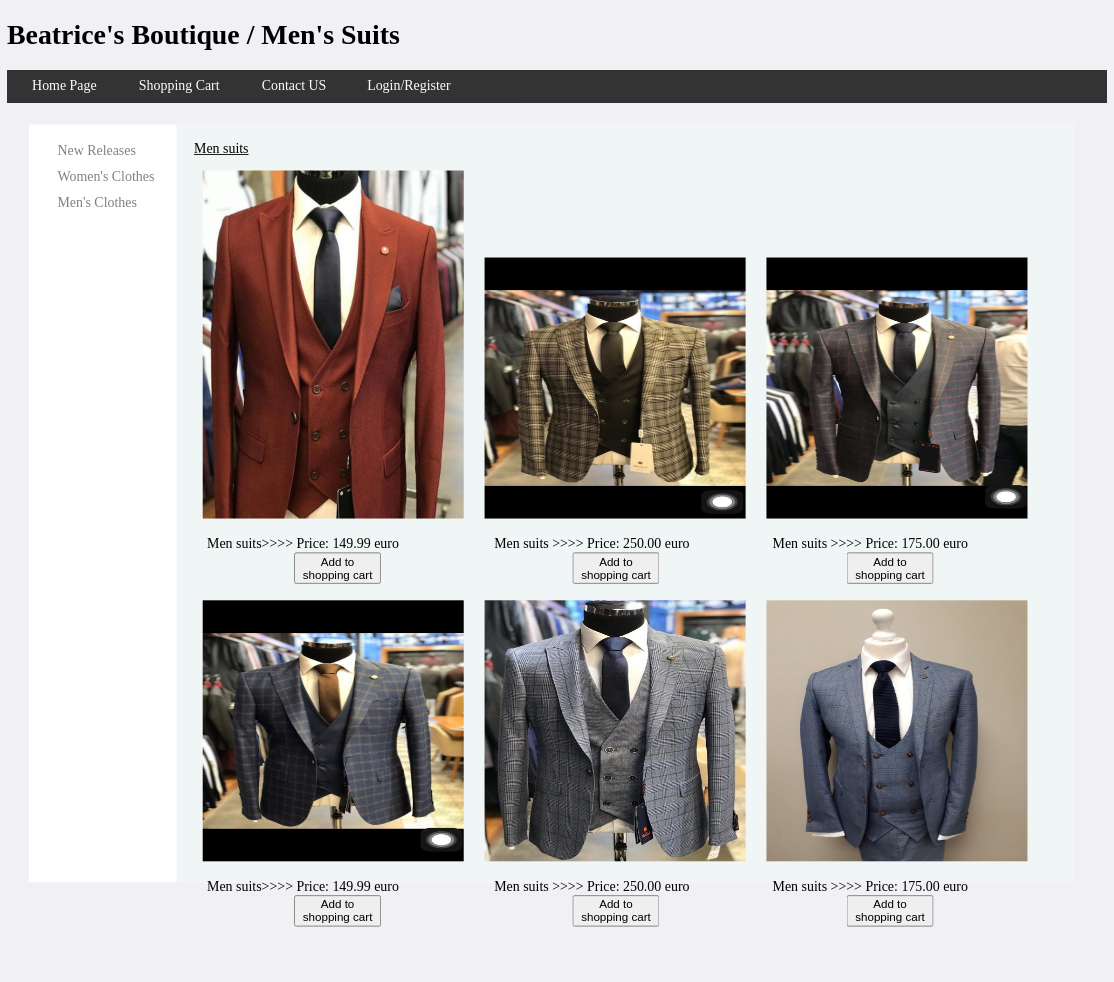
Repository: IosifDobos/Beatrice-Boutique
Page: BeatriceBoutique/Java/WorkSpace/BeatriceBoutique/WebContent/mensClothes.html
These files come from the project's save history. The page is drawn as it stood at one moment and after the next save; the edit follows.
The browser window is 1280 px wide. The pictures show the whole page, at 87% of full size.

Above is the page before, as saved 2018-12-05 14:28:02.

### BeatriceBoutique/Java/WorkSpace/BeatriceBoutique/WebContent/mensClothes.html
<!DOCTYPE html >
<html>
<head>
<meta http-equiv="Content-Type" content="text/html; charset=ISO-8859-1">
<link rel="stylesheet" type="text/css" href="styleSheet.css">
<title>Women's Clothes</title>
</head>
<body>

	<h1>Beatrice's Boutique / Men's Suits</h1>

	<ul>
		<li><a href="homePage.html">Home Page</a></li>
		<li><a href="shoppingCart.html">Shopping Cart</a></li>
		<li><a href="contact.html">Contact US</a></li>
		<li><a href="login.html">Login/Register</a></li>
	</ul>


	<div class = "container">
		<!-- left side of the container where menu is displayed -->
		<div id="sidemenu">
			<a href="#">New Releases</a>
			<a href="womensClothes.html">Women's Clothes</a>
			<a href="mensClothes.html">Men's Clothes</a>
		</div>
		<!-- right side of the container -->
		<div id="right-side">
			<p><u>Men suits</u></p>

			<img alt="dress" src="mens-img/download.jpeg" width="300" height="400" style="margin-left: 10px;">

			<img alt="dress1" src="mens-img/Fatih_Grey+Check-Black.jpg" width="300" height="300" style="margin-left: 20px;">

			<img alt="dress2" src="mens-img/Fatih_Navy-Burgundy+Check.jpg" width="300" height="300" style="margin-left: 20px;">
			<div id="product-1">
				<p>Men suits>>>>  Price: 149.99 euro</p>
			</div>
			<div id="product-2">
				<p>Men suits >>>>  Price: 250.00 euro</p>
			</div>
			<div id="product-3">
				<p>Men suits >>>>  Price: 175.00 euro</p>
			</div>
			<div id ="button-url">
				<button data-url="shoppingCart.html" type="button" title="Add to shopping cart"
				class="button">
						Add to shopping cart
				</button>
			</div>
			<div id ="button-url1">
				<button data-url="shoppingCart.html" type="button" title="Add to shopping cart"
				class="button">
						Add to shopping cart
				</button>
			</div>
			<div id ="button-url2">
				<button data-url="shoppingCart.html" type="button" title="Add to shopping cart"
				class="button">
						Add to shopping cart
				</button>
			</div>
			<br><br><br><br><br><br>
			<img alt="dress3" src="mens-img/Fatih+Blue-Mustard+Check.jpg" width="300" height="300" style="margin-left: 10px;">

			<img alt="dress4" src="womens-img/suit-1.jpeg" width="300" height="300" style="margin-left: 20px;">

			<img alt="dress5" src="womens-img/suit-2.jpg" width="300" height="300" style="margin-left: 20px;">
			<div id="product-1">
				<p>Men suits>>>>  Price: 149.99 euro</p>
			</div>
			<div id="product-2">
				<p>Men suits >>>>  Price: 250.00 euro</p>
			</div>
			<div id="product-3">
				<p>Men suits >>>>  Price: 175.00 euro</p>
			</div>
			<div id ="button-url">
				<button data-url="shoppingCart.html" type="button" title="Add to shopping cart"
				class="button">
						Add to shopping cart
				</button>
			</div>
			<div id ="button-url1">
				<button data-url="shoppingCart.html" type="button" title="Add to shopping cart"
				class="button">
						Add to shopping cart
				</button>
			</div>
			<div id ="button-url2">
				<button data-url="shoppingCart.html" type="button" title="Add to shopping cart"
				class="button">
						Add to shopping cart
				</button>
			</div>

		</div>

	</div>

</body>
</html>

### BeatriceBoutique/Java/WorkSpace/BeatriceBoutique/WebContent/styleSheet.css
@charset "UTF-8";

body{
	background-color: #f0f0f5;
}

ul {
	position: -webkit-sticky;
	position: sticky;
    list-style-type: none;
    top: 0;
    margin: 0;
    padding: 0;
    overflow: hidden;
    background-color: #333;
}

li{
	float: left;
}

li a{
	display: block;
	color: white;
	text-align: center;
	padding: 10px 16px;
	text-decoration: none;
	width: 100px;

}

li a:hover {
    background-color: #555;
    color: white;
}

.active {
    background-color: #4CAF50;
    color: white;
}

.container{
	margin-top: 25px;
	margin-left: 25px;
	margin-right: 25px;
	background-color:  white;
	min-height: 400px;
	width: 95%;
}

/*#container:after{
	content: "";
	display: table;
	clear: both;
} */



#sidemenu {
    min-height: 100px;; /* Full-height: remove this if you want "auto" height */
    width: 150px;; /* Set the width of the sidebar */
    position: fixed; /* Fixed Sidebar (stay in place on scroll) */
    z-index: 1; /* Stay on top */
    top: 150px; /* Stay at the top */
    left: 50px;
    background-color: ; /* Black */
    overflow-x: hidden; /* Disable horizontal scroll */
    padding: 8px 0;
}

#sidemenu a {
    padding: 6px 8px 6px 16px;
    text-decoration: none;
    font-size: 16px;
    color: #818181;
    display: block;
}

/* When you mouse over the navigation links, change their color */
#sidemenu a:hover {
    color: #679898;
}

/* Style page content */
#right-side {
    margin-left: 170px; /* Same as the width of the sidebar */
    padding: 3px 5px 20px 20px;
    background-color: #f0f5f5;
    min-height: 400px;
}


/* #right-side{
	float: right;
	margin-right: 20px;
	width: 60%;
} */


#product-1{
	position: absolute;
	margin-left: 15px;
}

#product-2{
	position: absolute;
	margin-left: 345px;
}

#product-3{
	position: absolute;
	margin-left: 665px;
}

#button-url{
	position: absolute;
	margin-top: 35px;
	margin-left: 115px;
	width: 100px;
	height: 100px;
}

#button-url1{
	position: absolute;
	margin-top: 35px;
	margin-left: 435px;
	width: 100px;
	height: 100px;
}

#button-url2{
	position: absolute;
	margin-top: 35px;
	margin-left: 750px;
	width: 100px;
	height: 100px;
}


/* Responsive layout - when the screen is less than 600px wide, make the two columns stack on top of each other instead of next to each other */
@media screen and (max-width: 600px) {
    .col-25, .col-75, input[type=submit] {
        width: 100%;
        margin-top: 0;
    }
}

@media screen and (max-height: 450px) {
    #sidemenu {padding-top: 15px;}
    #sidemenu a {font-size: 18px;}
}

After the next save:
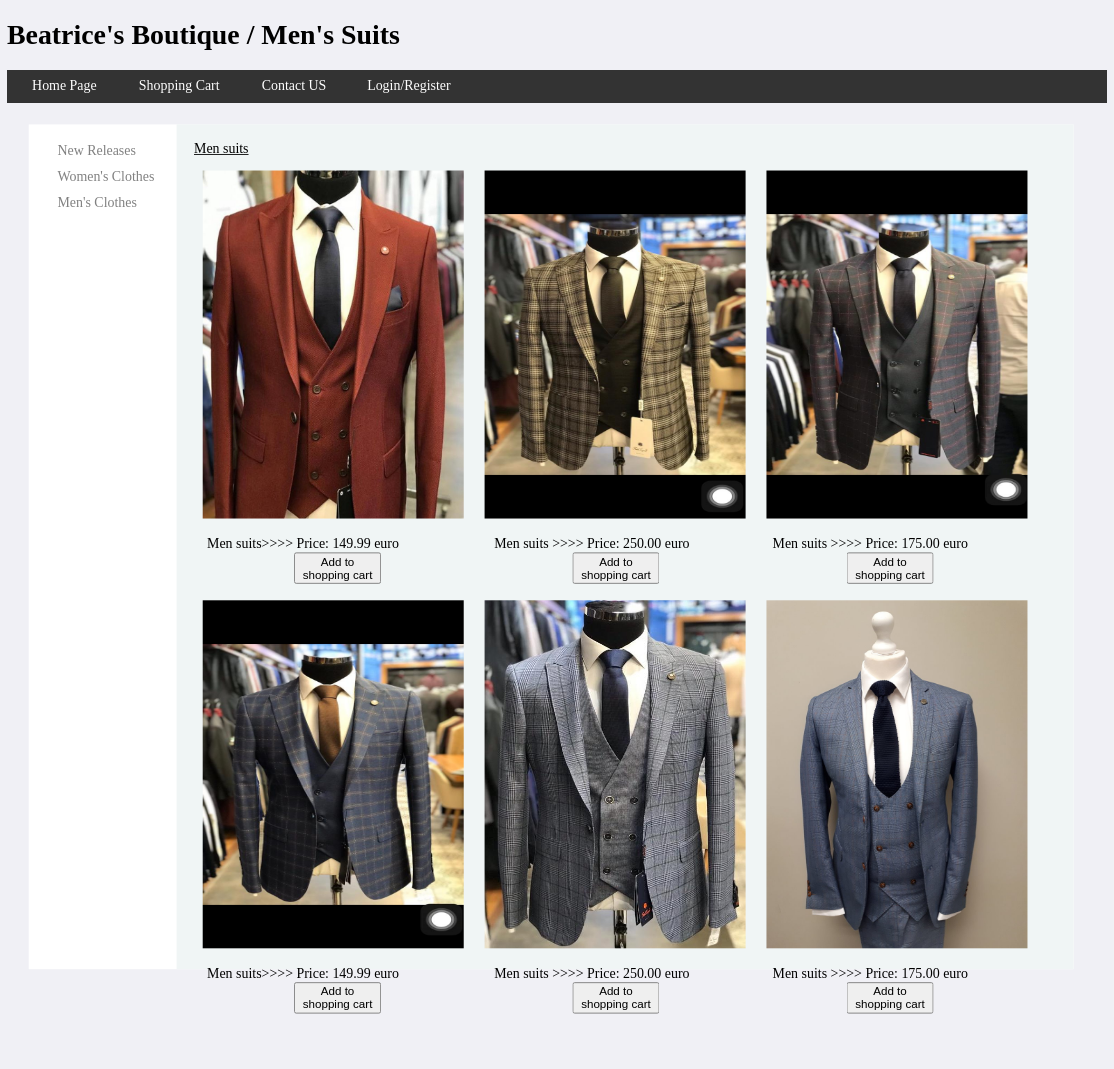
Saved 47 s later.
--- a/BeatriceBoutique/Java/WorkSpace/BeatriceBoutique/WebContent/mensClothes.html
+++ b/BeatriceBoutique/Java/WorkSpace/BeatriceBoutique/WebContent/mensClothes.html
@@ -30,9 +30,9 @@
 
 			<img alt="dress" src="mens-img/download.jpeg" width="300" height="400" style="margin-left: 10px;">
 
-			<img alt="dress1" src="mens-img/Fatih_Grey+Check-Black.jpg" width="300" height="300" style="margin-left: 20px;">
+			<img alt="dress1" src="mens-img/Fatih_Grey+Check-Black.jpg" width="300" height="400" style="margin-left: 20px;">
 
-			<img alt="dress2" src="mens-img/Fatih_Navy-Burgundy+Check.jpg" width="300" height="300" style="margin-left: 20px;">
+			<img alt="dress2" src="mens-img/Fatih_Navy-Burgundy+Check.jpg" width="300" height="400" style="margin-left: 20px;">
 			<div id="product-1">
 				<p>Men suits>>>>  Price: 149.99 euro</p>
 			</div>
@@ -61,11 +61,11 @@
 				</button>
 			</div>
 			<br><br><br><br><br><br>
-			<img alt="dress3" src="mens-img/Fatih+Blue-Mustard+Check.jpg" width="300" height="300" style="margin-left: 10px;">
+			<img alt="dress3" src="mens-img/Fatih+Blue-Mustard+Check.jpg" width="300" height="400" style="margin-left: 10px;">
 
-			<img alt="dress4" src="womens-img/suit-1.jpeg" width="300" height="300" style="margin-left: 20px;">
+			<img alt="dress4" src="womens-img/suit-1.jpeg" width="300" height="400" style="margin-left: 20px;">
 
-			<img alt="dress5" src="womens-img/suit-2.jpg" width="300" height="300" style="margin-left: 20px;">
+			<img alt="dress5" src="womens-img/suit-2.jpg" width="300" height="400" style="margin-left: 20px;">
 			<div id="product-1">
 				<p>Men suits>>>>  Price: 149.99 euro</p>
 			</div>
